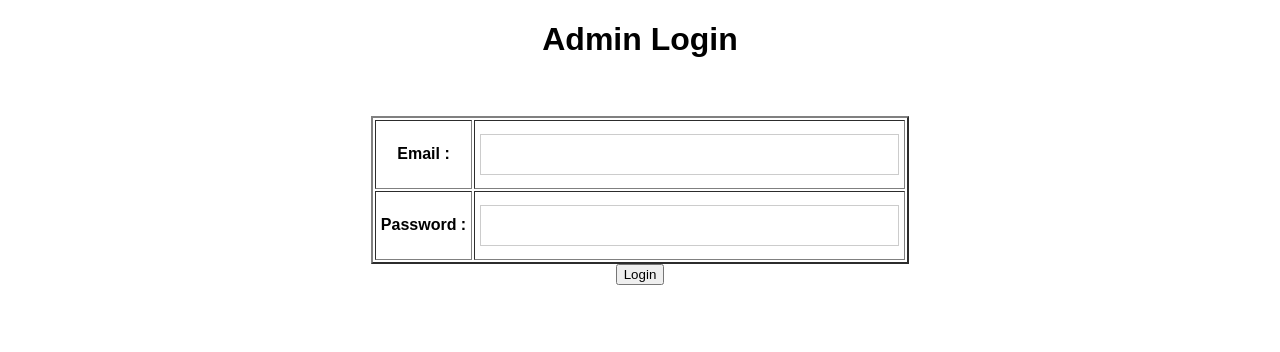
Repository: Pravesh105/FlyAway
Page: http://localhost/FlyAway/AdminLogin.jsp
These files come from the project's save history. The page is drawn as it stood at one moment and after the next save; the edit follows.
The browser window is 1280 px wide. The pictures show the whole page.
The page is served by Tomcat 9.

Above is the page before, as saved 2023-01-15 14:11:11.

After the next save:
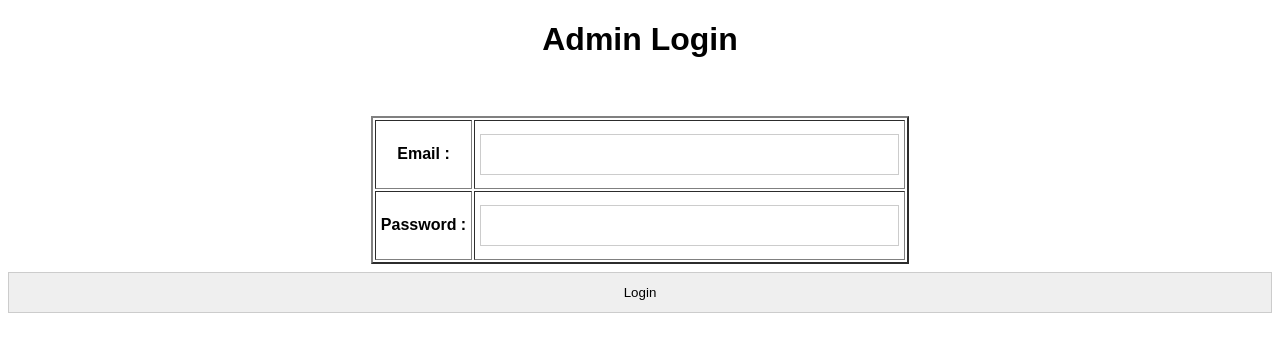
Saved 2 min 53 s later.
--- a/FlyAway/src/main/webapp/WEB-INF/style.css
+++ b/FlyAway/src/main/webapp/WEB-INF/style.css
@@ -18,12 +18,11 @@ input[type=text], input[type=password] {
   border: 1px solid #ccc;
   box-sizing: border-box;
 }
-button {
-  background-color: #04AA6D;
-  color: white;
-  padding: 14px 20px;
+input[type=submit], input[type=Login] {
+  width: 100%;
+  padding: 12px 20px;
   margin: 8px 0;
-  border: none;
-  cursor: pointer;
-  width: 100%;
+  display: inline-block;
+  border: 1px solid #ccc;
+  box-sizing: border-box;
 }
